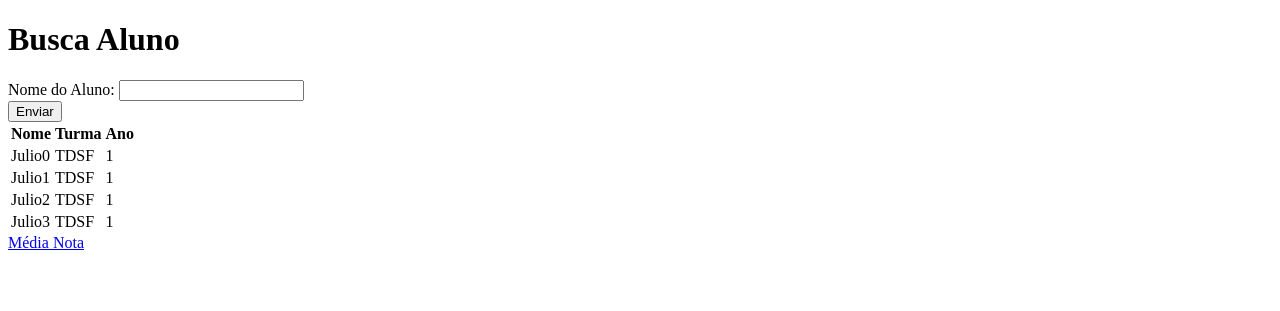
Repository: JulioCesarSF/Java
Page: ProjetosFaculdade/Thiago/Exercicio_01/WebContent/busca-aluno.html
The author's editor kept a copy of each file at every save. The page is drawn from the files as they stood at one save, then again after the next save.
The browser window is 1280 px wide. The pictures show the whole page.

Above is the page before, as saved 2016-08-22 20:01:40.

After the next save:
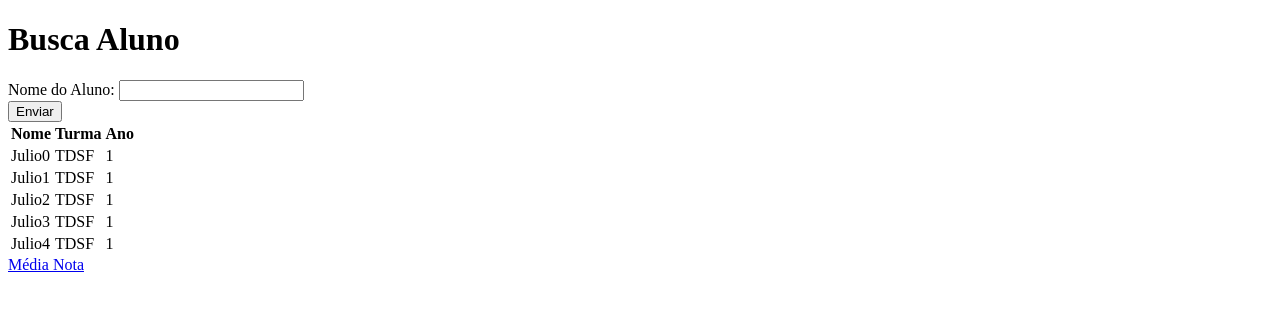
Saved 51 min 32 s later.
--- a/ProjetosFaculdade/Thiago/Exercicio_01/WebContent/busca-aluno.html
+++ b/ProjetosFaculdade/Thiago/Exercicio_01/WebContent/busca-aluno.html
@@ -51,6 +51,12 @@
 				<td>1</td>
 			</tr>
 
+			<tr>
+				<td>Julio4</td>
+				<td>TDSF</td>
+				<td>1</td>
+			</tr>
+
 		</table>
 
 	</div>
